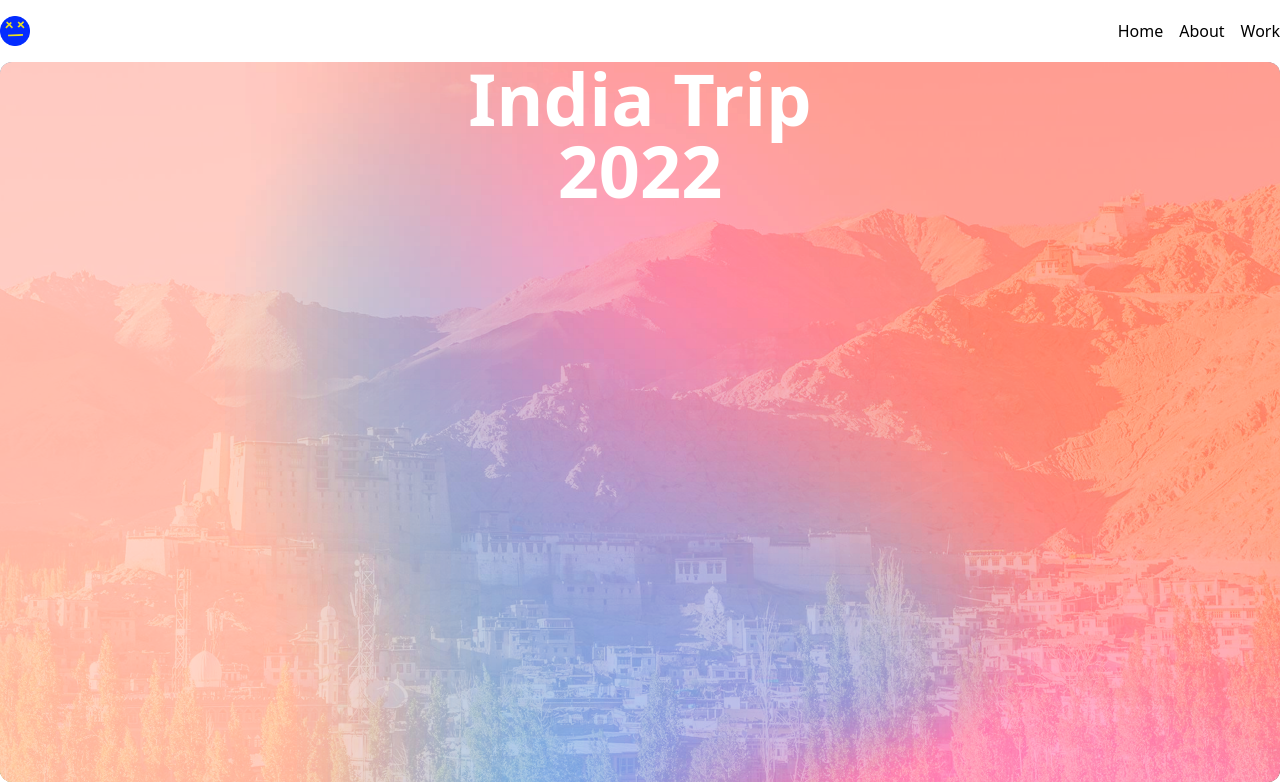
Repository: aaroncemery/aaroncemery-next
Page: /
The author's editor kept a copy of each file at every save. The page is drawn from the files as they stood at one save, then again after the next save.
The browser window is 1280 px wide. The pictures show the whole page.
The project was rebuilt for these pictures with package versions that can differ from the ones it lists, and the page was loaded fresh each time. The framework's server and built-in components were replaced by stand-ins that run in the browser. Also part of the build but not shown: next.config.js.

Above is the page before, as saved 2022-06-13 19:53:09.

### pages/index.tsx
import type { NextPage } from 'next'
import { Fragment } from 'react'
import Image from 'next/image'
import NavIcon from '../public/assets/nav-icon.png'
import HeroImage from '../public/assets/lehguidelead.jpeg'
import MeshGradient from '../public/assets/mesh-gradient.jpg'
import Link from 'next/link'

const Home: NextPage = () => {
  return (
    <Fragment>
      <nav className="container flex justify-between items-center m-auto py-4">
        <Image src={NavIcon} alt={'aaroncemery icon'} height={30} width={30} />
        <ul className="flex justify-between items-center gap-4">
          <li>
            <Link href="/">Home</Link>
          </li>
          <li>
            <Link href="/about">About</Link>
          </li>
          <li>
            <Link href="/work">Work</Link>
          </li>
        </ul>
      </nav>
      <div
        className={`container relative bg-hero-pattern rounded-xl m-auto bg-cover aspect-video`}
      >
        <Image
          src={HeroImage}
          alt="hero image"
          className="relative rounded-xl"
          layout="fill"
        />
        <div className="absolute bg-mesh-gradient bg-cover w-full h-full top-0 left-0 mix-blend-screen aspect-video rounded-xl"></div>
        <div className="absolute bg-mesh-gradient bg-cover w-full h-full top-0 left-0 mix-blend-multiply aspect-video rounded-xl"></div>
        <div className="z-10 absolute text-7xl text-white mix-blend-overlay font-bold m-auto w-full h-full text-center">
          <h1 className="">India Trip</h1>
          <h1 className="">2022</h1>
        </div>
      </div>
    </Fragment>
  )
}

export default Home

### tailwind.config.js
/** @type {import('tailwindcss').Config} */
module.exports = {
  content: [
    './pages/**/*.{js,ts,jsx,tsx}',
    './components/**/*.{js,ts,jsx,tsx}',
  ],
  theme: {
    extend: {
      backgroundImage: {
        'mesh-gradient': "url('/assets/mesh-gradient.jpg')",
      },
    },
  },
  plugins: [],
}

Loaded but not shown: pages/_app.tsx (common file); styles/globals.css (common file)

After the next save:
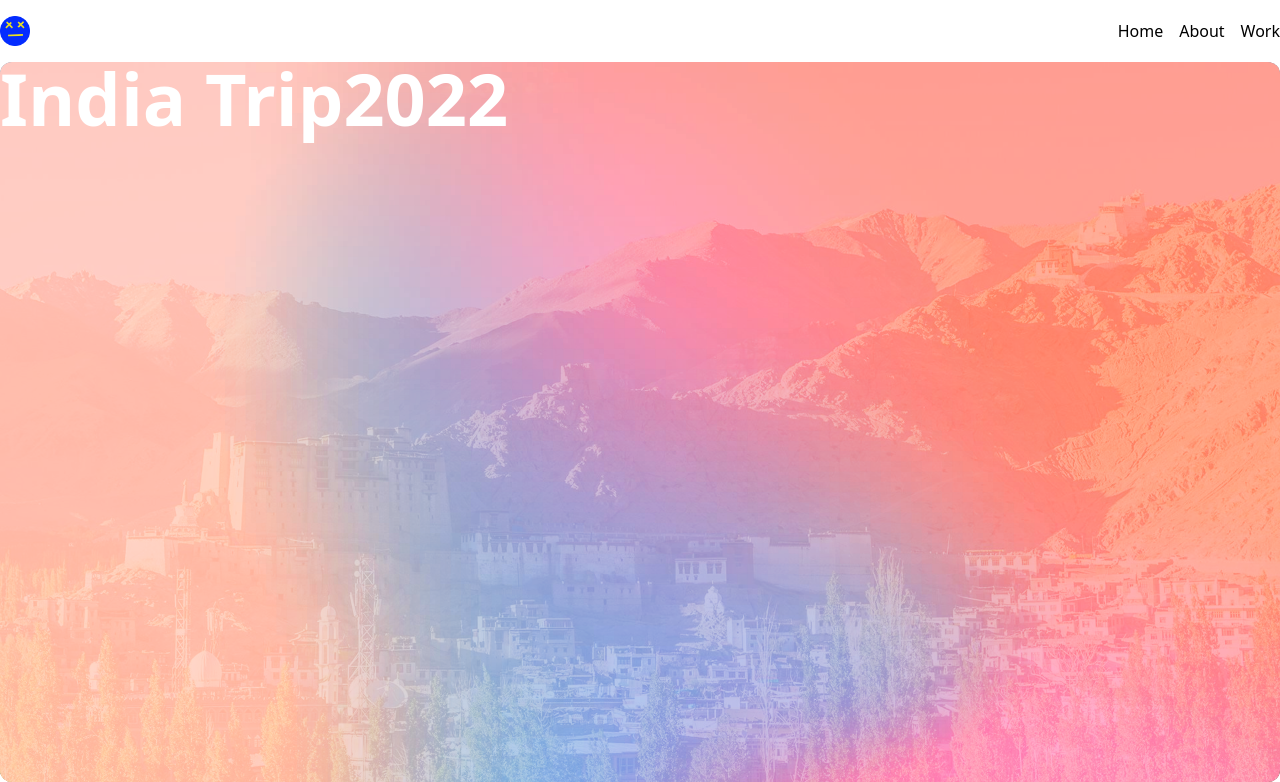
Saved 29 s later.
--- a/pages/index.tsx
+++ b/pages/index.tsx
@@ -34,7 +34,7 @@ const Home: NextPage = () => {
         />
         <div className="absolute bg-mesh-gradient bg-cover w-full h-full top-0 left-0 mix-blend-screen aspect-video rounded-xl"></div>
         <div className="absolute bg-mesh-gradient bg-cover w-full h-full top-0 left-0 mix-blend-multiply aspect-video rounded-xl"></div>
-        <div className="z-10 absolute text-7xl text-white mix-blend-overlay font-bold m-auto w-full h-full text-center">
+        <div className="z-10 absolute text-7xl text-white mix-blend-overlay font-bold flex justify-center items-center">
           <h1 className="">India Trip</h1>
           <h1 className="">2022</h1>
         </div>
